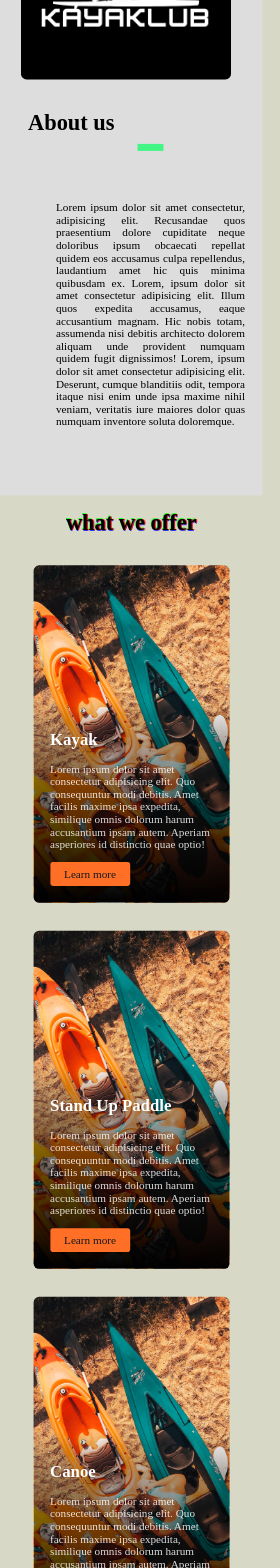
Repository: joseluis2289/Responsive-club-website
Page: index.html
The author's editor kept a copy of each file at every save. The page is drawn from the files as they stood at one save, then again after the next save.
The browser window is 375 px wide. The page is 400 px wide, so the pictures cover 400 px, including what lies to the right of the window. The pictures show the part of the page from y = 1271 to 3511 px (the page is 5418 px tall before and 5266 px after), at 70% of full size.
Some web fonts or font styles are not loaded; a fallback is used.

Above is the page before, as saved 2021-08-25 11:03:03.

After the next save:
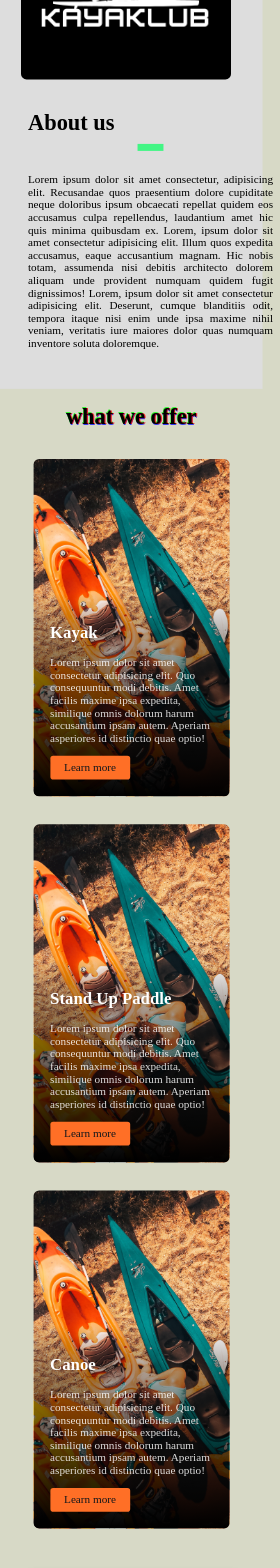
Saved 11 s later.
--- a/style.css
+++ b/style.css
@@ -587,7 +587,7 @@ input#submit:focus {
         text-align: justify;
         text-justify: inter-word;
         width: 370px;
-        padding: 50px;
+        padding: 10px;
 
 
     }
